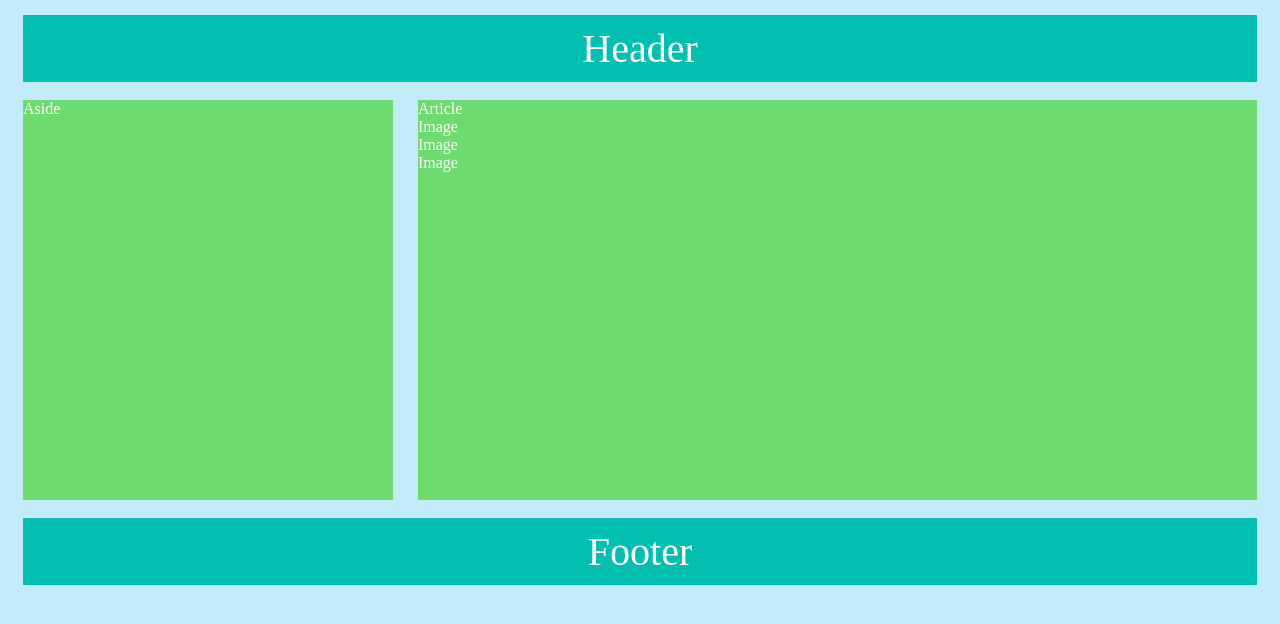
Repository: huyennvo/CSS
Page: flex-css-example/index.html
An editor plug-in stored every save of this project. The page is shown before and after the next save, followed by the edit.
The browser window is 1280 px wide. The pictures show the whole page.

Above is the page before, as saved 2022-07-18 11:00:15.

After the next save:
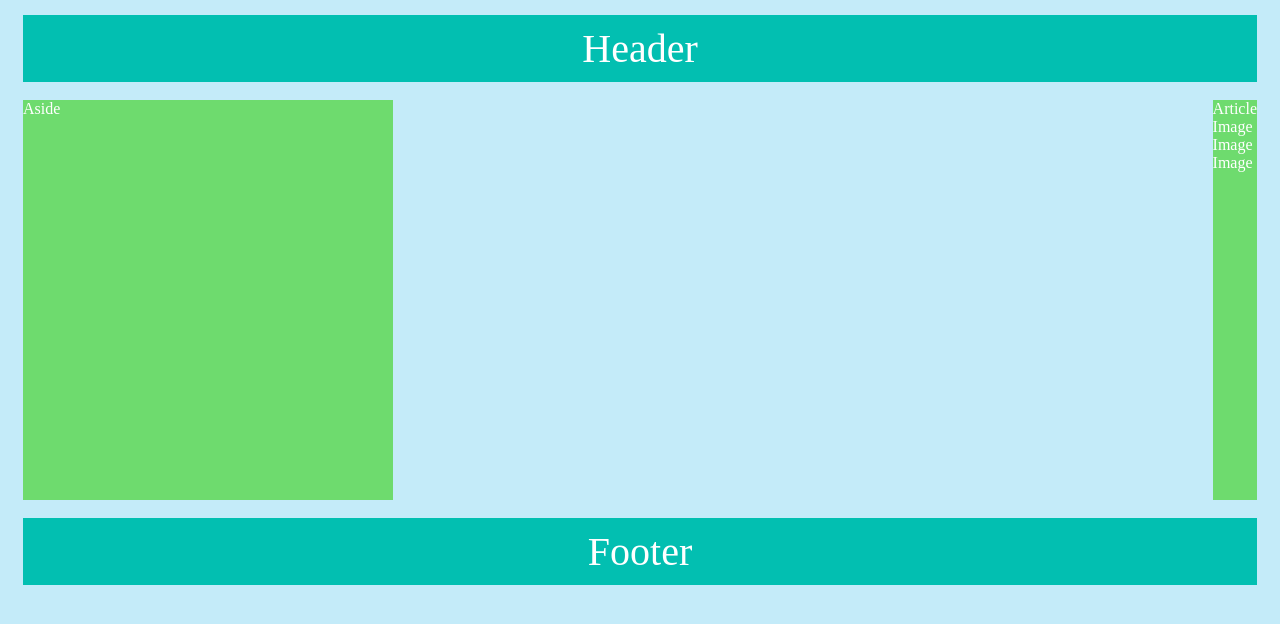
Saved 10 s later.
--- a/flex-css-example/index.css
+++ b/flex-css-example/index.css
@@ -36,7 +36,7 @@
 
 .body-right {
     background-color: #6EDB6E;
-    width: 68%;
+    width: 67,5%;
     height: 400px;
 }
 

After the save that followed:
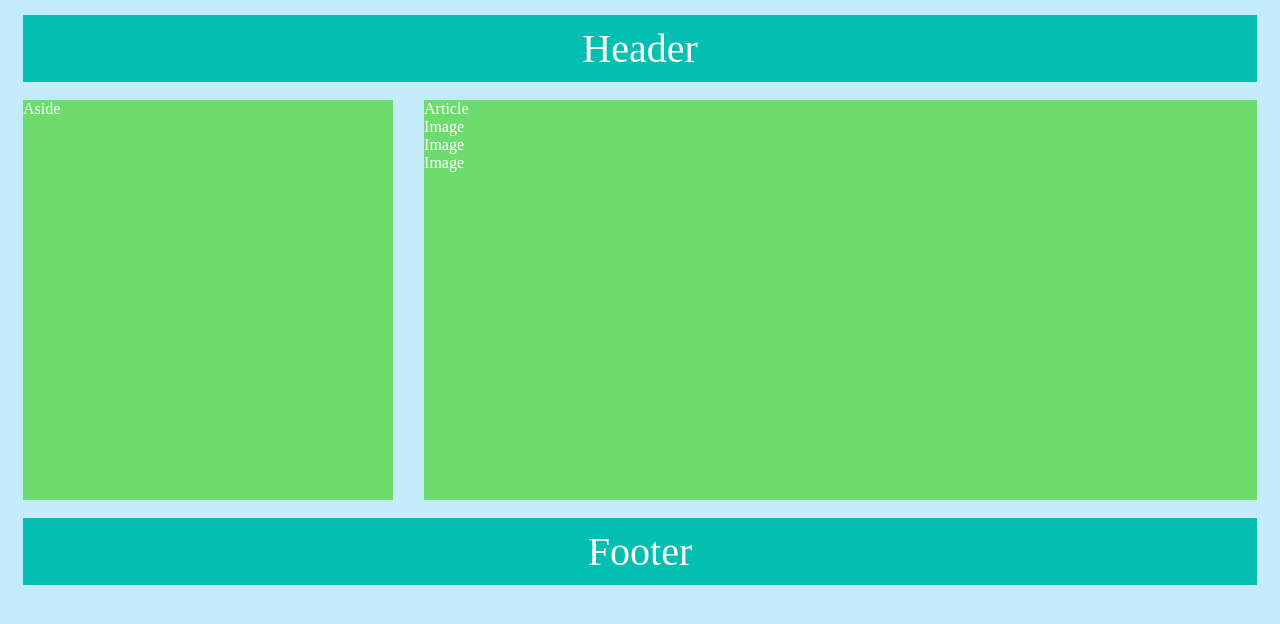
Saved 5 s later.
--- a/flex-css-example/index.css
+++ b/flex-css-example/index.css
@@ -36,7 +36,7 @@
 
 .body-right {
     background-color: #6EDB6E;
-    width: 67,5%;
+    width: 67.5%;
     height: 400px;
 }
 
